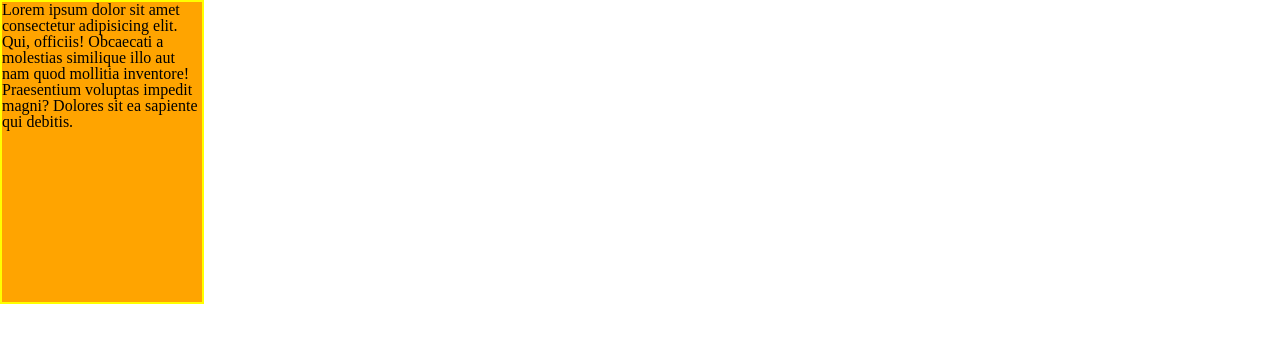
Repository: ThanhPhongsof/Css-Course
Page: index.html
These files come from the project's save history. The page is drawn as it stood at one moment and after the next save; the edit follows.
The browser window is 1280 px wide. The pictures show the whole page.

Above is the page before, as saved 2022-05-15 10:20:04.

### index.html
<!DOCTYPE html>
<html lang="en">
  <head>
    <meta charset="UTF-8" />
    <meta http-equiv="X-UA-Compatible" content="IE=edge" />
    <meta name="viewport" content="width=device-width, initial-scale=1.0" />
    <title>Document</title>
    <link rel="stylesheet" href="./reset.css" />
    <link rel="stylesheet" href="./styles.css" />
  </head>
  <body>
    <div class="box">
      Lorem ipsum dolor sit amet consectetur adipisicing elit. Qui, officiis!
      Obcaecati a molestias similique illo aut nam quod mollitia inventore!
      Praesentium voluptas impedit magni? Dolores sit ea sapiente qui debitis.
    </div>
  </body>
</html>

### styles.css
.box {
  width: 200px;
  height: 300px;
  background-color: #ffa400;
  color: #000;
  border: 2px solid yellow;
}

Loaded but not shown: reset.css (common file)

After the next save:
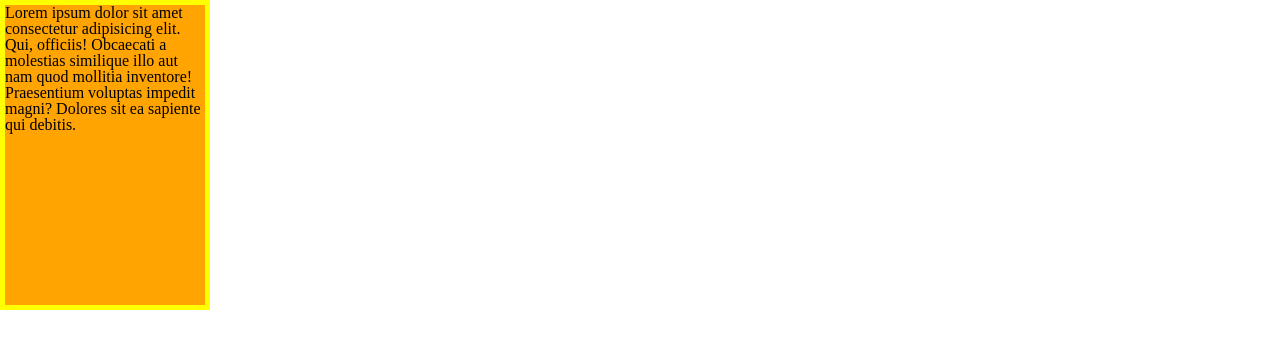
Saved 7 s later.
--- a/styles.css
+++ b/styles.css
@@ -3,5 +3,5 @@
   height: 300px;
   background-color: #ffa400;
   color: #000;
-  border: 2px solid yellow;
+  border: 5px solid yellow;
 }
